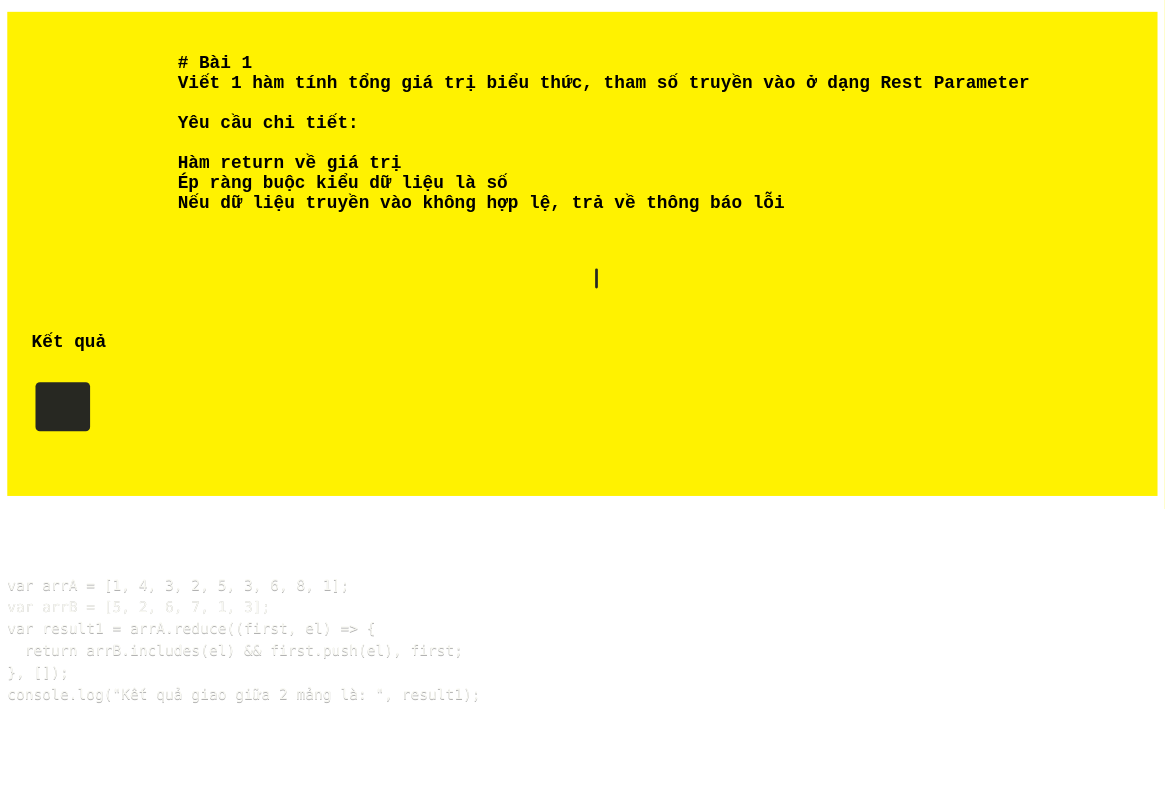
Repository: Dongnguyen318/Quydong
Page: Day 22/ex01.html
An editor plug-in stored every save of this project. The page is shown before and after the next save, followed by the edit.
The browser window is 1280 px wide. The pictures show the whole page, at 91% of full size.

Above is the page before, as saved 2023-08-29 23:48:33.

After the next save:
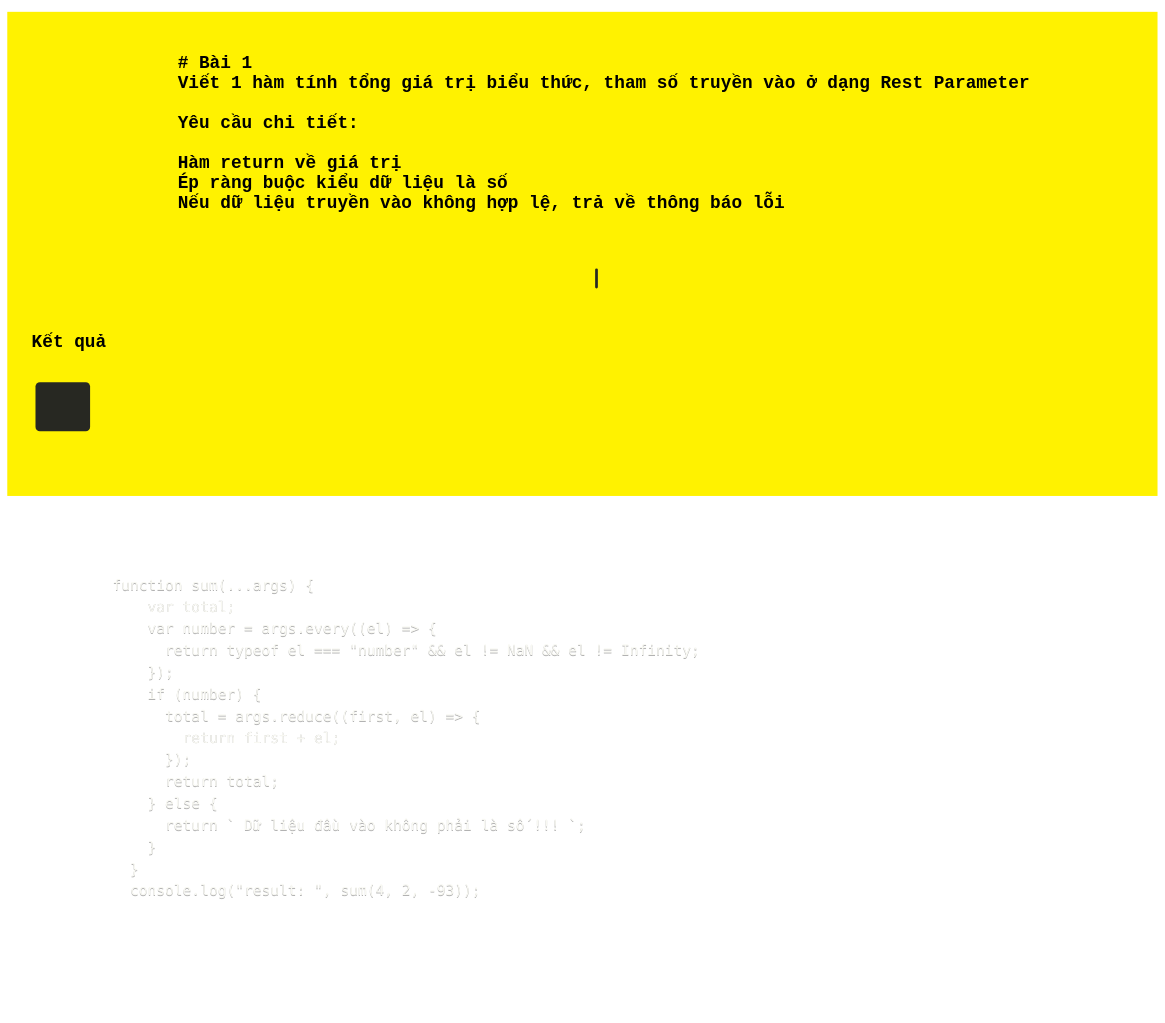
Saved 23 s later.
--- a/Day 22/ex01.html
+++ b/Day 22/ex01.html
@@ -36,12 +36,22 @@
     <br />
     <pre>
         <code class="language-js">
-var arrA = [1, 4, 3, 2, 5, 3, 6, 8, 1];
-var arrB = [5, 2, 6, 7, 1, 3];
-var result1 = arrA.reduce((first, el) => {
-  return arrB.includes(el) && first.push(el), first;
-}, []);
-console.log("Kết quả giao giữa 2 mảng là: ", result1);
+            function sum(...args) {
+                var total;
+                var number = args.every((el) => {
+                  return typeof el === "number" && el != NaN && el != Infinity;
+                });
+                if (number) {
+                  total = args.reduce((first, el) => {
+                    return first + el;
+                  });
+                  return total;
+                } else {
+                  return ` Dữ liệu đầu vào không phải là số !!! `;
+                }
+              }
+              console.log("result: ", sum(4, 2, -93));
+
 
 
         </code>
